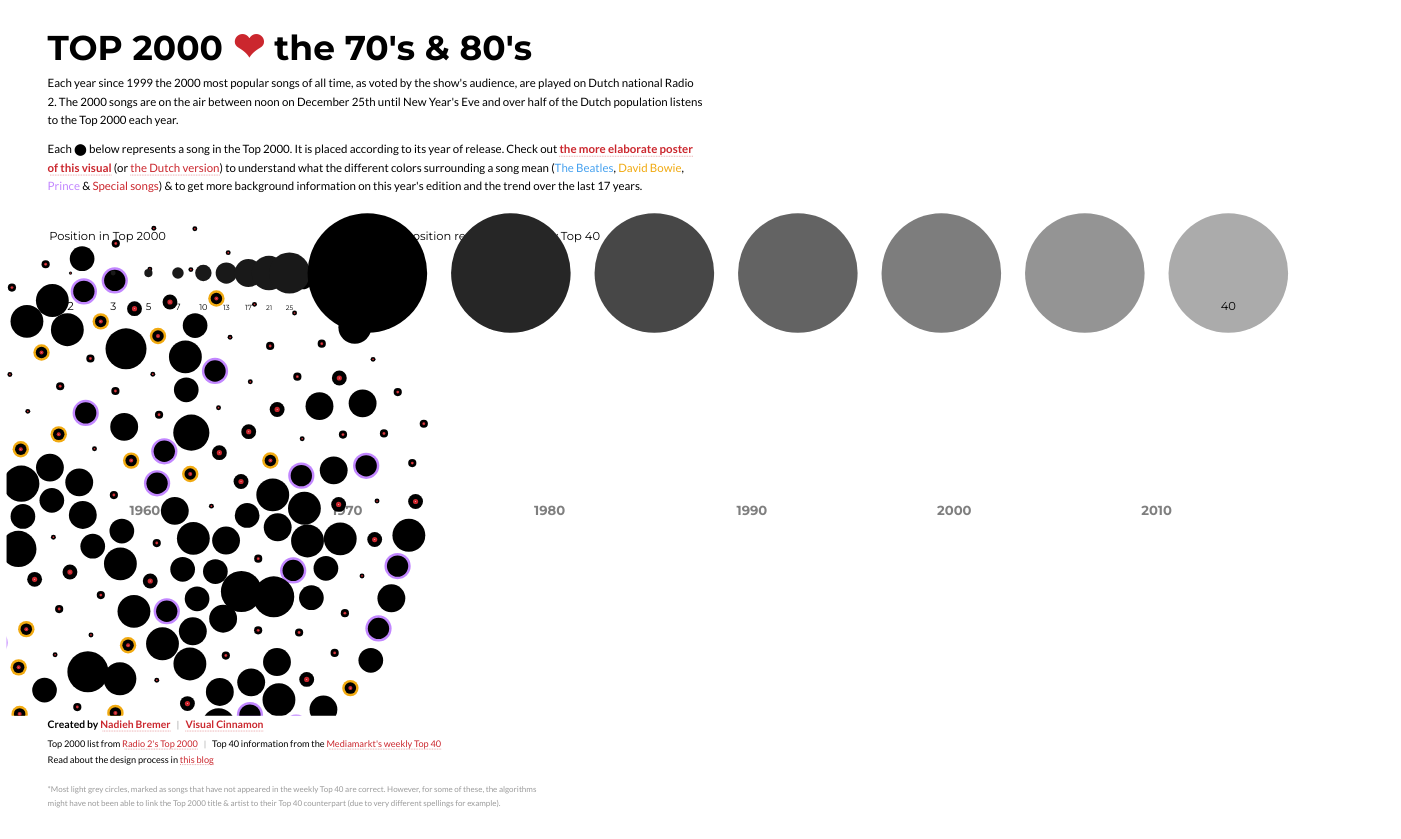
Repository: Limjohns/data_visualization
Page: index.html
An editor plug-in stored every save of this project. The page is shown before and after the next save, followed by the edit.
The browser window is 1280 px wide. The page is 1708 px wide, so the pictures cover 1708 px, including what lies to the right of the window. The pictures show the whole page, at 82% of full size.

Above is the page before, as saved 2023-05-16 10:50:14.

### index.html
<!DOCTYPE html>
	<head>
	    <meta http-equiv="Content-Type" content="text/html; charset=UTF-8">
	    <meta http-equiv="X-UA-Compatible" content="IE=edge">
	    <meta name="viewport" content="width=device-width, initial-scale=1">
	    <!-- <meta name="viewport" content="user-scalable = yes"> -->

        <title>The Top 2000 Loves the 70s & 80s</title>
        <meta name="author" content="Nadieh Bremer - Visual Cinnamon">
        <meta name="title" content="The Top 2000 Loves the 70s & 80s">
        <meta name="description" content="See which release years are most popular of the Top 2000 best songs ever">
        <meta name="keywords" content="data, visualization, visualisation, data visualization, data visualisation, information, information visualization, information visualisation, dataviz, datavis, infoviz, infovis, collaboration, data art">
        <meta name="theme-color" content="#cb272e">

        <!-- Favicon -->
		<link rel="icon" type="image/png" sizes="192x192" href="img/favicon-192x192.png" />
		<link rel="icon" type="image/png" sizes="96x96" href="img/favicon-96x96.png" />
		<link rel="icon" type="image/png" sizes="32x32" href="img/favicon-32x32.png" />
        <link rel="icon" type="image/png" sizes="16x16" href="img/favicon-16x16.png" />

        <!-- Social media -->
        <meta property="og:title" content="The Top 2000 Loves the 70s & 80s">
        <meta property="og:site_name" content="Visual Cinnamon">
        <meta property="og:url" content="https://top2000.visualcinnamon.com">
        <meta property="og:description" content="See which release years are most popular of the Top 2000 best songs ever">
        <meta property="og:type" content="article">
        <meta property="og:locale" content="en_US">
        <meta property="og:image" content="https://top2000.visualcinnamon.com/img/top2000_feature.png">
        <meta property="og:image:type" content="image/png">
        <meta property="og:image:width" content="1300">
        <meta property="og:image:height" content="1020">

        <meta name="twitter:card" content="summary_large_image">
        <meta name="twitter:site" content="@NadiehBremer">
        <meta name="twitter:creator" content="@NadiehBremer">
        <meta name="twitter:title" content="The Top 2000 Loves the 70s & 80s">
        <meta name="twitter:description" content="See which release years are most popular of the Top 2000 best songs ever">
        <meta name="twitter:image:src" content="https://top2000.visualcinnamon.com/img/top2000_feature.png">

		<!-- Styling -->
		<link href="css/style.css" rel="stylesheet">

		<!-- Google fonts -->
		<link href="https://fonts.googleapis.com/css?family=Lato:400,700|Montserrat:400,700" rel="stylesheet">

		<!-- JavaScript files -->
		<script src="plugins/d3.min.js"></script>

	</head>
	<body>
		<div id="intro" class="outer-margin">
			<h1 class="title">TOP 2000 <span class="heart">❤</span> the 70's & 80's</h1>
			<p>Each year since 1999 the 2000 most popular songs of all time, as voted by the show's audience, are played on Dutch national Radio 2. The 2000 songs are on the air between noon on December 25th until New Year's Eve and over half of the Dutch population listens to the Top 2000 each year.</p>
			<p class="desktop">Each ⬤ below represents a song in the Top 2000. It is placed according to its year of release. Check out <a style="font-weight: 700;" href="img/Top2000PosterEnglish.png" target="_new">the more elaborate poster of this visual</a> (or <a href="img/Top2000PosterDutch.png" target="_new">the Dutch version</a>) to understand what the different colors surrounding a song mean (<span style="color: #46a1ef;">The Beatles</span>, <span style="color: #f1aa11;">David Bowie</span>, <span style="color: #C287FF;">Prince</span> & <span style="color: #CB272E;">Special songs</span>) & to get more background information on this year's edition and the trend over the last 17 years.</p>
			<p class="mobile">Each ⬤ in the image below represents a song in the Top 2000. It is placed according to its year of release. Click on the image below to <a style="color: #CB272E; font-weight: 700;" href="img/Top2000PosterEnglish.png">go to a big version of the visual</a> and see the details (or go to <a href="img/Top2000PosterDutch.png" target="_new">the Dutch version</a>) to get more background information on this year's edition and the trend over the last 17 years.</p>
			<p class="mobile">Visit this page on your laptop to see a much bigger interactive version and discover the artist and song of each of the 2000 songs!</p>
		</div>

		<!-- Chart (or image for mobile) -->
		<div class="mobile" style="margin-bottom: 20px;">
			<a class="image-link" href="img/Top2000PosterEnglish.png"><img alt="The final infographic about the Top 2000" src="img/Top2000PosterEnglish.png" width="100%"></a>
		</div>
		<div id="chart"></div>

		<!-- Credits & Data -->
		<div id="credit" class="outer-margin">
			<p class="credit-bold" style="margin-bottom: 8px;">Created by <a href="https://twitter.com/NadiehBremer" target="_new">Nadieh Bremer</a> <span class="credit-divider">|</span> <a href="https://www.visualcinnamon.com/" target="_new">Visual Cinnamon</a></p>
			<p class="credit-note">Top 2000 list from <a href="http://www.nporadio2.nl/top2000" target="_new">Radio 2's Top 2000</a> <span class="credit-divider">|</span> Top 40 information from the <a href="https://www.top40.nl/" target="_new">Mediamarkt's weekly Top 40</a></p>
			<p class="credit-note">Read about the design process in <a href="https://www.datasketch.es/project/top-2000">this blog</a></p>

			<p class="credit-data-note desktop">*Most light grey circles, marked as songs that have not appeared in the weekly Top 40 are correct. However, for some of these, the algorithms might have not been able to link the Top 2000 title & artist to their Top 40 counterpart (due to very different spellings for example).</p>
		</div>

		</div>
        <script src="js/main.js"></script>
	</body>
</html>

### css/style.css
body {
	font-size: 14px;
	font-family: 'Lato', sans-serif;
}

a, a:link, a:visited, a:active {
  color: #CB272E;
  border-bottom: 1px dotted rgba(203, 39, 46, .5);
  text-decoration: none;
}

a:hover {
  text-decoration: none;
  border-bottom: 1px solid #CB272E;
}

a.image-link {
	border-bottom: none;
}

.mobile {
	display: none;
}

.outer-margin {
	margin-left: 50px;
	margin-right: 50px;
}

/* --- Intro --- */

#intro {
	margin-top: 25px;
}

#intro h1 {
	font-family: 'Montserrat', sans-serif;
	font-weight: 700;
	font-size: 3em;
	margin-bottom: 5px;
}

#intro .heart {
	color: #CB272E;
	font-size: 1.1em;
}

#intro p {
	margin-top: 0px;
	max-width: 800px;
	line-height: 160%
}

/* --- Chart --- */

.axis path, .axis .tick line {
	display: none;
}

.axis text {
	font-family: 'Montserrat', sans-serif;
	font-size: 16px;
	font-weight: 700;
	fill: #7F7F7F;
	cursor: default;
}

.legend-title {
	font-family: 'Montserrat', sans-serif;
	font-size: 14px;
}
.song-size {
	fill: #191919;
}
.song-legend-value {
	font-family: 'Montserrat', sans-serif;
	text-anchor: middle;
}

/* --- Tooltip --- */

.tooltip-wrapper {
	pointer-events: none;
	text-anchor: middle;
	text-shadow: 0 1px 3px white, 1px 0 3px white, -1px 0 3px white, 0 -1px 3px white;
}

.tooltip-background {
	fill: #ededed;
	opacity: 0.9;
}

.tooltip-song {
	font-family: 'Montserrat', sans-serif;
	font-size: 19px;
}

.tooltip-artist {
	font-size: 12px;
}

.tooltip-rank {
	font-size: 10px;
}

/* --- Credits --- */

#credit {
	padding-bottom: 25px;
}

#credit p {
	margin-top: 0px;
	margin-bottom: 3px;
}

.credit-bold {
	font-weight: 600;
	font-size: 0.9em;
}

.credit-divider {
	color: #b7b7b7;
	font-weight: 600;
	font-size: 0.9em;
	padding: 0px 5px;
}

.credit-note {
	line-height: 140%;
	font-size: 0.8em;
	font-weight: 400;
	/*color: #656565;*/
}

.credit-data-note {
	max-width: 600px;
	margin-top: 20px !important;
	line-height: 170%;
	font-size: 0.7em;
	font-weight: 400;
	color: #9B9B9B;
}

### js/main.js
var isMobile = window.screen.width < 400 ? true : false;

if(isMobile) {
	d3.selectAll(".mobile").style("display", "inline-block");
	d3.selectAll(".desktop").style("display", "none");
	d3.selectAll(".outer-margin").style("margin-left", "10px").style("margin-right", "10px");
	d3.selectAll(".title").style("font-size", "2.7em");
	// d3.selectAll(".heart").style("font-size", "1.4em");
} else {

	///////////////////////////////////////////////////////////////////////////
	//////////////////////////// Set up the SVG ///////////////////////////////
	///////////////////////////////////////////////////////////////////////////
	var margin = {
	  top: 120,
	  right: 150,
	  bottom: 0,
	  left: -350
	};
	var widthOriginal = 2150 - 100 - 150;
	var width = 1700 - margin.left - margin.right;
	var height = 620 - margin.top - margin.bottom;

	//SVG container
	var svg = d3.select('#chart')
		.append("svg")
		.attr("width", width + margin.left + margin.right)
		.attr("height", height + margin.top + margin.bottom)
		.append("g").attr("class", "top-wrapper")
		.attr("transform", "translate(" + (margin.left) + "," + (margin.top) + ")");

	///////////////////////////////////////////////////////////////////////////
	////////////////////////// Create the scales //////////////////////////////
	///////////////////////////////////////////////////////////////////////////

	var yearScale = d3.scaleLinear()
		.domain([1939, 2016])
	    .range([0, widthOriginal]);

	var rScale = d3.scaleSqrt()
		// .domain([1,10,25,50,100,250,500,1000,2000])
		.domain([2, 3, 5, 7, 10, 13, 17, 21, 25])
		// .domain([25,21,17,13,10,7,5,3,2])
		.range([2, 3, 5, 7, 10, 13, 17, 21, 25]);

	var colorScale = d3.scaleLinear()
		.domain([1,6,12,18,25,32,40])
		.range(["#000000","#262626","#474747","#636363","#7D7D7D","#949494","#ABABAB"]);

	///////////////////////////////////////////////////////////////////////////
	///////////////////////// Choose annotated songs //////////////////////////
	///////////////////////////////////////////////////////////////////////////

	var interestingSongs = [
		1989, //Oldest song - Billy Holiday
		363, //Highest song from 2016 - Can't Stop The Feeling | Justin Timberlake
		270, //Highest new song - Starman | David Bowie
		144, //Highest riser - When We Were Young | Adele
		232, //Pokemon song
	];

	//David Bowie songs
	var DB = [7,38,87,162,182,230,270,310,379,462,472,491,523,540,576,586,612,616,778,856,961,1144,1203,1632,1736,1875];

	//Prince songs
	var PR = [13,207,254,354,404,585,640,702,721,937,1268,1365,1378,1409,1658,1761,1771];

	var strokeWidthColored = 3,	//The Beatles, Prince and David Bowie
		strokeWidthRed = 4;		//Interesting Songs

	///////////////////////////////////////////////////////////////////////////
	//////////////////////////// Read in the data /////////////////////////////
	///////////////////////////////////////////////////////////////////////////

	d3.csv('data/data_2016.csv', function (error, data) {

		///////////////////////////////////////////////////////////////////////////
		///////////////////////////// Final data prep /////////////////////////////
		///////////////////////////////////////////////////////////////////////////

		if (error) throw error;

		data.forEach(function(d) {
			d.rank = +d.rank;
			d.releaseYear = +d.releaseYear;
			d.listHighestRank = +d.listHighestRank;
			d.x = +d.x;
			d.y = +d.y;
		});

		//Add a few more "circles" to the data that will make room for the decade numbers
		var decades = [2013, 2014, 2015, 2016, 2017, 2018, 2019, 2020, 2021, 2022];
		for(var i=0; i<decades.length; i++) {
			data.push({
				rank: 0,
				releaseYear: decades[i],
				type: "decade",
				x: yearScale(decades[i]),
				y: height/2
			});
		}//for i

		///////////////////////////////////////////////////////////////////////////
		///////////////////////////// Create the axis /////////////////////////////
		///////////////////////////////////////////////////////////////////////////

		svg.append("g")
	      .attr("class", "axis axis--x")
	      .attr("transform", "translate(0," + (height/2) + ")")
	      .call(d3.axisBottom(yearScale).ticks(10, ".0f"));

		svg.selectAll(".axis text")
		  .attr("dy", "-0.25em");

		///////////////////////////////////////////////////////////////////////////
		//////////////////////////// Draw the circles /////////////////////////////
		///////////////////////////////////////////////////////////////////////////

		//Wrapper for all songs
	  	var songWrapper = svg.append("g")
	      .attr("class", "song-wrapper");

		//Create a group per song
		var song = songWrapper.selectAll(".song-group")
		  	.data(data)
		  	.enter().append("g")
		  	.attr("class", "song-group")
		  	.attr("transform", function(d) { return "translate(" + d.x + "," + d.y + ")"; })
		  	.on("mouseover", function(d) {
		  		//console.log(d.artist, d.title, d.releaseYear, d.rank, d.listHighestRank);

		  		//Move the tooltip to the right location
		  		tooltipSong.text(d.title);
		      	tooltipArtist.text(d.artist + " | " + d.releaseYear);
		      	tooltipRank.text("Position in Top 2000: " + d.rank);
		      	if(d.listHighestRank > 0 && d.listType !== "tip") {
		      		tooltipTop40.text("Highest position in weekly Top 40: " + d.listHighestRank);
		      	} else {
		      		tooltipTop40.text("Never appeared in the Top 40");
		      	}//else
		      	//Find the largest title
		      	var maxSize = Math.max(document.getElementById("tooltipSong").getComputedTextLength(),
		      		document.getElementById("tooltipArtist").getComputedTextLength(),
		      		document.getElementById("tooltipRank").getComputedTextLength(),
		      		document.getElementById("tooltipTop40").getComputedTextLength());
		      	tooltipBackground
		      		.transition().duration(100)
		      		.attr("x", -0.5 * maxSize*1.2)
		      		.attr("width", maxSize*1.2)
		      	tooltipWrapper
		      		.transition().duration(200)
		        	.attr("transform", "translate(" + d.x + "," + (d.y + 40) + ")")
		        	.style("opacity", 1);
		  	})
		  	.on("mouseout", function(d) {
		  		//Hide the tooltip
				tooltipWrapper
					.transition().duration(200)
					.style("opacity", 0);
		  	});

		//The colored background for some songs (since I can't do an outside stroke)
		song
			.filter(function(d) { return d.artist === "The Beatles" || DB.indexOf(d.rank) > -1 || PR.indexOf(d.rank) > -1 || interestingSongs.indexOf(d.rank) > -1; })
			.append("circle")
			.attr("class", "song-background")
	      	.attr("r", function(d) {
	      		if(d.artist === "The Beatles" || DB.indexOf(d.rank) > -1 || PR.indexOf(d.rank) > -1) {
					return rScale(d.rank) + strokeWidthColored;
				} else if(interestingSongs.indexOf(d.rank) > -1) {
					return rScale(d.rank) + strokeWidthRed;
				} else {
					return -1; //check for error
				}//else
	      	})
		  	.style("fill", function(d) {
			  	if(d.artist === "The Beatles") {
				  	return "#46a1ef";
			  	} else if (interestingSongs.indexOf(d.rank) > -1) {
				  	return "#CB272E";
			  	} else if (DB.indexOf(d.rank) > -1) {
				  	return "#f1aa11";
			  	} else if (PR.indexOf(d.rank) > -1) {
				  	return "#C287FF";
			  	} else {
				  	return "none";
			  	}//else
		  	});

		//The grey scaled circle of the song
		song.append("circle")
			.attr("class", "song")
	      	.attr("r", function(d) { return rScale(d.rank); })
		  	.style("fill", function(d) {
			  	if(d.type === "decade") {
				  	return "none";
			  	} else if (d.listHighestRank === 0 || d.listType === "tip") {
				  	return "#e0e0e0";
			  	} else {
					return colorScale(d.listHighestRank);
				}//else
		  	});

		//Colored piece of the "vinyl" part of the top 10
		song
		  .filter(function(d) { return d.rank > 0 && d.rank <= 10; })
		  .append("circle")
	      .attr("r", function(d) { return rScale(d.rank)*0.35; })
		  .style("fill", "#CB272E");
		//White center of the "vinyl" part of the top 10
		song
		  .filter(function(d) { return d.rank > 0 && d.rank <= 10; })
		  .append("circle")
	      .attr("r", function(d) { return rScale(d.rank)*0.065; })
		  .style("fill", "white");

		///////////////////////////////////////////////////////////////////////////
		////////////////////////////// Add Tooltip ////////////////////////////////
		///////////////////////////////////////////////////////////////////////////

		var tooltipWrapper = svg.append("g")
		  .attr("class", "tooltip-wrapper")
		  .attr("transform", "translate(" + 0 + "," + 0 + ")")
		  .style("opacity", 0);

		var tooltipBackground = tooltipWrapper.append("rect")
			.attr("class", "tooltip-background")
			.attr("x", 0)
			.attr("y", -28)
			.attr("width", 0)
			.attr("height", 100);

		var tooltipArtist = tooltipWrapper.append("text")
		  .attr("class", "tooltip-artist")
		  .attr("id", "tooltipArtist")
		  .attr("y", -4)
		  .text("");

		var tooltipSong = tooltipWrapper.append("text")
		  .attr("class", "tooltip-song")
		  .attr("id", "tooltipSong")
		  .attr("y", 17)
		  .text("");

		var tooltipRank = tooltipWrapper.append("text")
		  .attr("class", "tooltip-rank")
		  .attr("id", "tooltipRank")
		  .attr("y", 42)
		  .text("");
		var tooltipTop40 = tooltipWrapper.append("text")
		  .attr("class", "tooltip-rank")
		  .attr("id", "tooltipTop40")
		  .attr("y", 55)
		  .text("");

		///////////////////////////////////////////////////////////////////////////
		//////////////////////////// Add size legend //////////////////////////////
		///////////////////////////////////////////////////////////////////////////

		var sizeLegend = svg.append("g")
			.attr("class", "size-legend")
			.attr("transform", "translate(" + 415 + "," + -40 + ")");

		sizeLegend.append("text")
			.attr("class", "legend-title")
			.attr("x", -13)
			.attr("y", -40)
			.text("Position in Top 2000");

		var sizeDistance = [13,65,108,144,175,203,230,255,280];
		sizeLegend.selectAll(".song-size")
			.data(rScale.range())
			.enter().append("circle")
			.attr("class", "song-size")
			.attr("cx", function(d,i) { return sizeDistance[i]; })
			.attr("r", function(d) { return d; });

		//Add small red and white circle to the first
		sizeLegend.append("circle")
			.attr("cx", sizeDistance[0])
			.attr("r", rScale.range()[0] * 0.35)
			.style("fill", "#CB272E");
		sizeLegend.append("circle")
			.attr("cx", sizeDistance[0])
			.attr("r", rScale.range()[0] * 0.065)
			.style("fill", "white");

		//Add numbers below
		var sizeFont = [14,13,12,11,10,9,9,8,8];
		sizeLegend.selectAll(".song-legend-value")
			.data(rScale.domain())
			.enter().append("text")
			.attr("class", "song-legend-value")
			.attr("x", function(d,i) { return sizeDistance[i]; })
			.attr("y", 45)
			.style("font-size", function(d,i) { return sizeFont[i]; })
			.text(function(d) { return d; })


		///////////////////////////////////////////////////////////////////////////
		///////////////////////////// Add color legend ////////////////////////////
		///////////////////////////////////////////////////////////////////////////

		var colorLegend = svg.append("g")
			.attr("class", "color-legend")
			.attr("transform", "translate(" + 790 + "," + -40 + ")");

		colorLegend.append("text")
			.attr("class", "legend-title")
			.attr("x", -13)
			.attr("y", -40)
			.text("Highest position reached in weekly Top 40");

		colorLegend.selectAll(".song-color")
			.data(colorScale.range())
			.enter().append("circle")
			.attr("class", "song-color")
			.attr("cx", function(d,i) { return 2 * i * rScale(100)*1.2; })
			.attr("r", rScale(100))
			.style("fill", function(d) { return d; });
		//Add extra circle for never reached top 40
		colorLegend.append("circle")
			.attr("class", "song-color")
			.attr("cx", function(d,i) { return 2 * 9 * rScale(100)*1.2; })
			.attr("r", rScale(100))
			.style("fill", "#e0e0e0");

		//Add text below
		colorLegend.append("text")
			.attr("class", "song-legend-value")
			.attr("x", 0)
			.attr("y", 45)
			.style("font-size", sizeFont[0])
			.text("1");
		colorLegend.append("text")
			.attr("class", "song-legend-value")
			.attr("x", 2 * 6 * rScale(100)*1.2)
			.attr("y", 45)
			.style("font-size", sizeFont[0])
			.text("40");
		colorLegend.append("text")
			.attr("class", "song-legend-value")
			.attr("x", 2 * 9 * rScale(100)*1.2)
			.attr("y", 40)
			.style("font-size", sizeFont[4])
			.text("never reached");
		colorLegend.append("text")
			.attr("class", "song-legend-value")
			.attr("x", 2 * 9 * rScale(100)*1.2)
			.attr("y", 51)
			.style("font-size", sizeFont[4])
			.text("the top 40*");

	});//d3.csv

}//else

Loaded but not shown: plugins/d3.min.js (library)

After the next save:
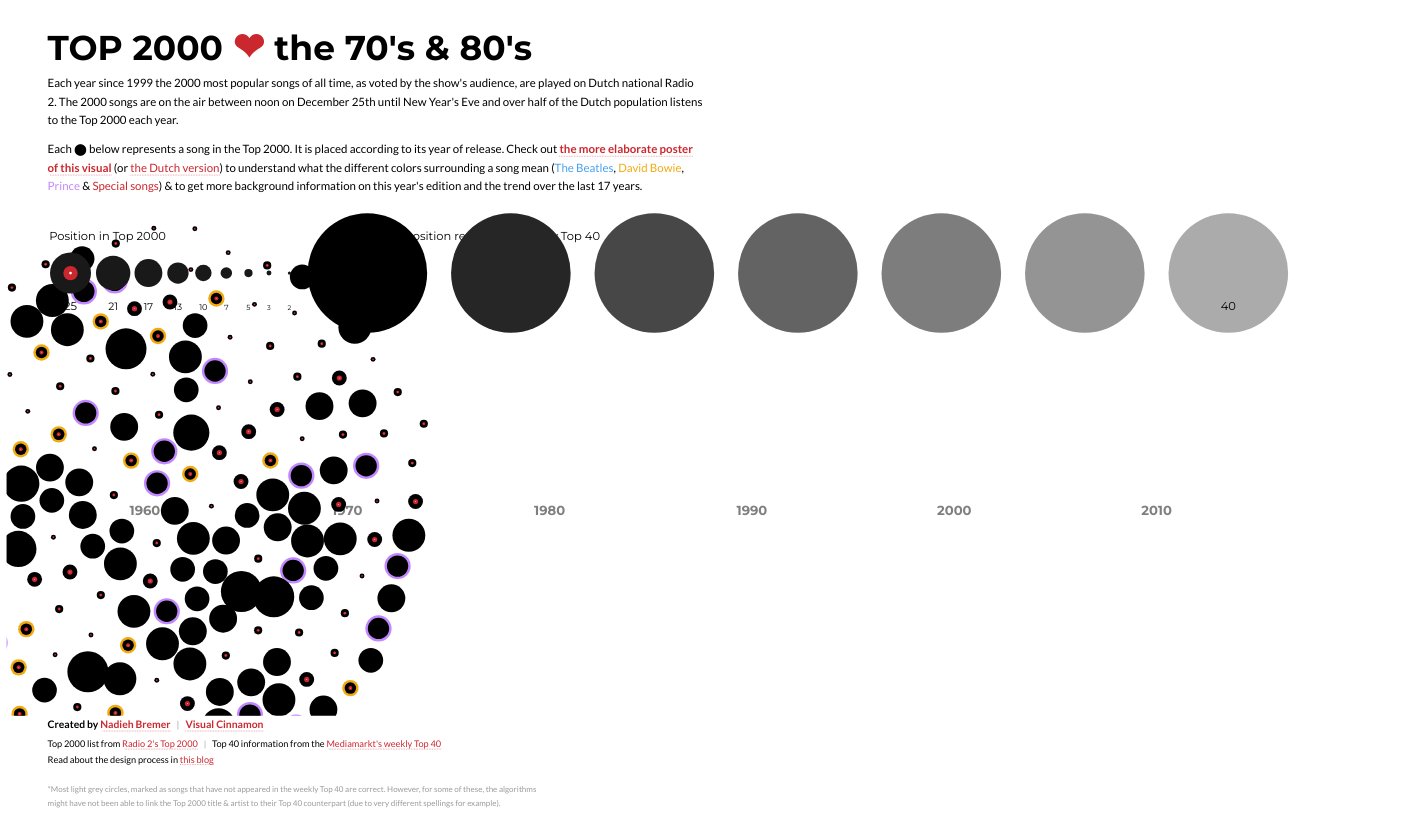
Saved 5 s later.
--- a/js/main.js
+++ b/js/main.js
@@ -39,9 +39,9 @@ if(isMobile) {
 
 	var rScale = d3.scaleSqrt()
 		// .domain([1,10,25,50,100,250,500,1000,2000])
-		.domain([2, 3, 5, 7, 10, 13, 17, 21, 25])
-		// .domain([25,21,17,13,10,7,5,3,2])
-		.range([2, 3, 5, 7, 10, 13, 17, 21, 25]);
+		// .domain([2, 3, 5, 7, 10, 13, 17, 21, 25])
+		.domain([25,21,17,13,10,7,5,3,2])
+		.range([25,21,17,13,10,7,5,3,2]);
 
 	var colorScale = d3.scaleLinear()
 		.domain([1,6,12,18,25,32,40])
